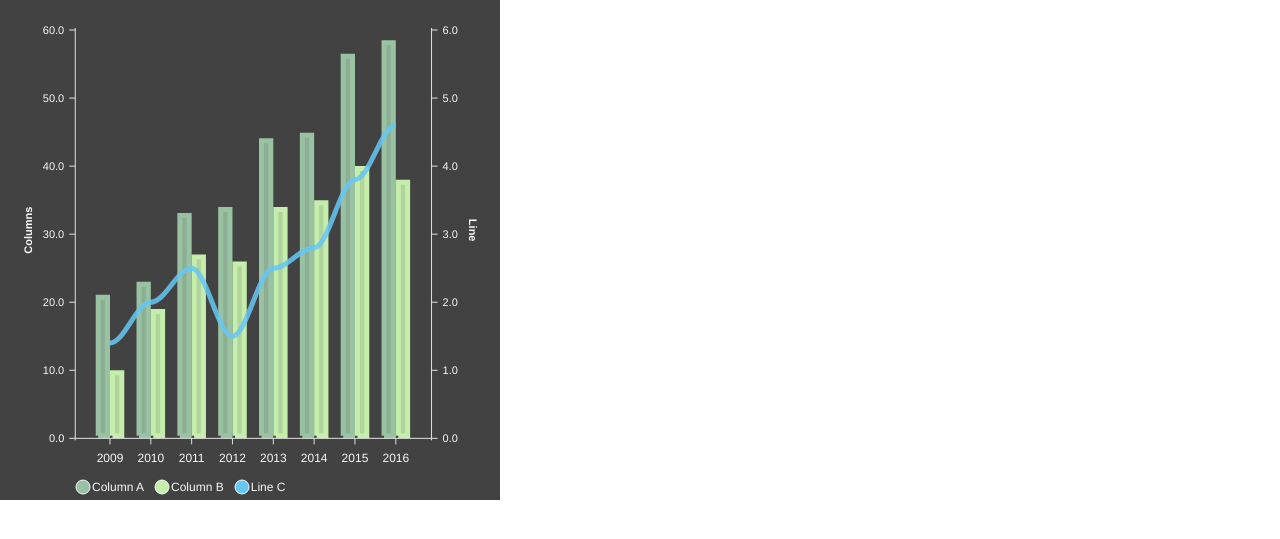
Repository: wanted-pre-onboarding-internship-1team/pre-onboarding-9th-3-1
Page: /
An editor plug-in stored every save of this project. The page is shown before and after the next save, followed by the edit.
The browser window is 1280 px wide. The pictures show the whole page.
The project was rebuilt for these pictures with package versions that can differ from the ones it lists, and the page was loaded fresh each time.

Above is the page before, as saved 2023-03-15 00:27:13.

After the next save:
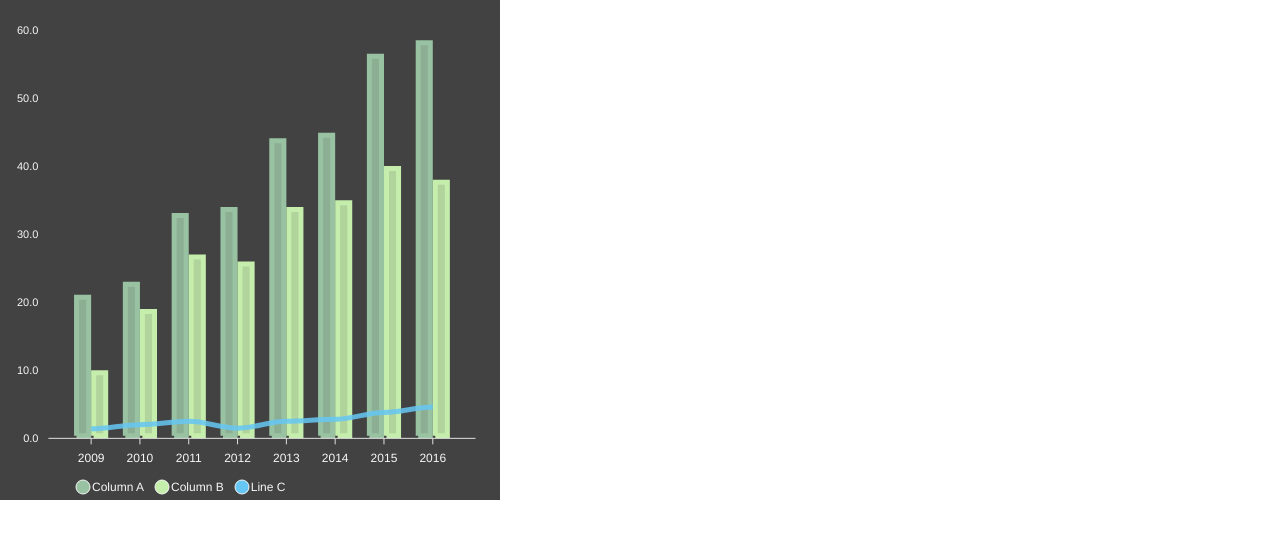
Saved 40 s later.
--- a/src/pages/Mainpage.tsx
+++ b/src/pages/Mainpage.tsx
@@ -48,37 +48,7 @@
           xaxis: {
             categories: [2009, 2010, 2011, 2012, 2013, 2014, 2015, 2016],
           },
-          yaxis: [
-            {
-              seriesName: 'Column A',
-              axisTicks: {
-                show: true,
-              },
-              axisBorder: {
-                show: true,
-              },
-              title: {
-                text: 'Columns',
-              },
-            },
-            {
-              seriesName: 'Column A',
-              show: false,
-            },
-            {
-              opposite: true,
-              seriesName: 'Line C',
-              axisTicks: {
-                show: true,
-              },
-              axisBorder: {
-                show: true,
-              },
-              title: {
-                text: 'Line',
-              },
-            },
-          ],
+
           colors: ['#99C2A2', '#C5EDAC', '#66C7F4'],
           legend: {
             horizontalAlign: 'left',

After the save that followed:
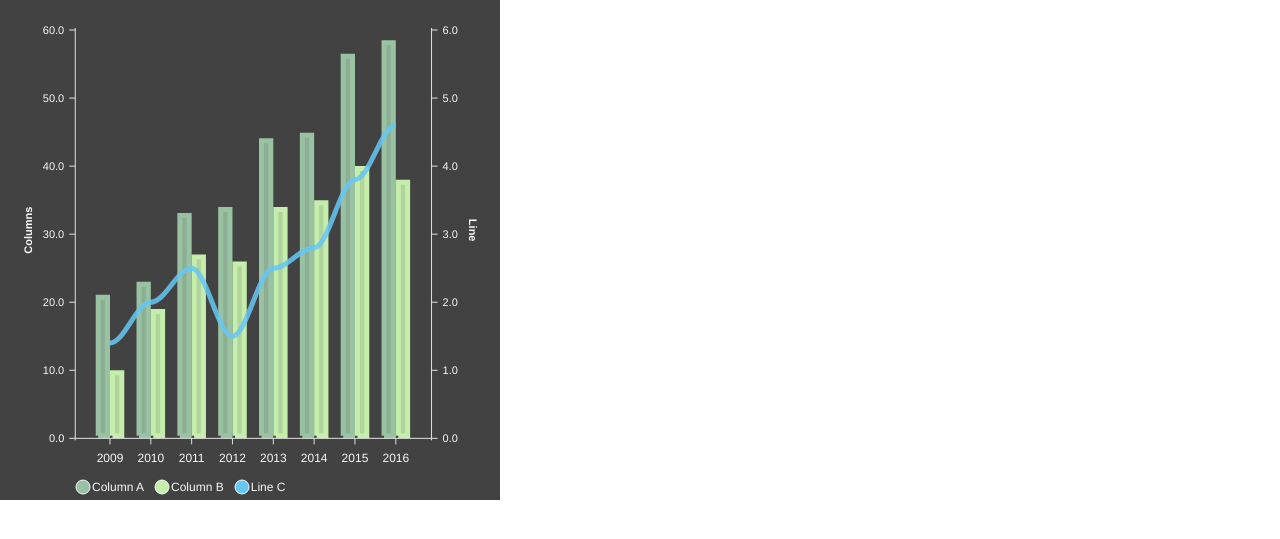
Saved 6 s later.
--- a/src/pages/Mainpage.tsx
+++ b/src/pages/Mainpage.tsx
@@ -48,7 +48,37 @@
           xaxis: {
             categories: [2009, 2010, 2011, 2012, 2013, 2014, 2015, 2016],
           },
-
+          yaxis: [
+            {
+              seriesName: 'Column A',
+              axisTicks: {
+                show: true,
+              },
+              axisBorder: {
+                show: true,
+              },
+              title: {
+                text: 'Columns',
+              },
+            },
+            {
+              seriesName: 'Column A',
+              show: false,
+            },
+            {
+              opposite: true,
+              seriesName: 'Line C',
+              axisTicks: {
+                show: true,
+              },
+              axisBorder: {
+                show: true,
+              },
+              title: {
+                text: 'Line',
+              },
+            },
+          ],
           colors: ['#99C2A2', '#C5EDAC', '#66C7F4'],
           legend: {
             horizontalAlign: 'left',
